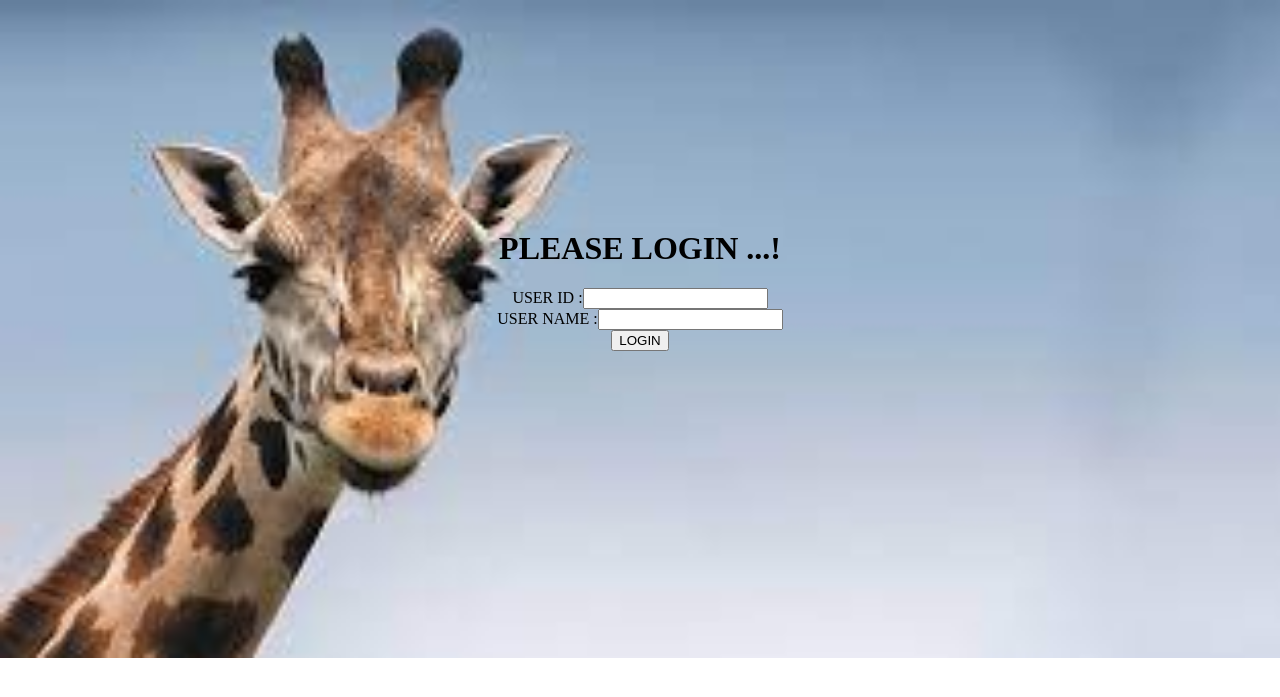
Repository: Thaneshwara848/E-Y
Page: Jdbc-Servlet-Jsp/Webemo5/src/main/webapp/LoginPage.html
An editor plug-in stored every save of this project. The page is shown before and after the next save, followed by the edit.
The browser window is 1280 px wide. The pictures show the whole page.

Above is the page before, as saved 2023-05-22 06:39:34.

### Jdbc-Servlet-Jsp/Webemo5/src/main/webapp/LoginPage.html
<!DOCTYPE html>
<html>
<head>
<meta charset="UTF-8">
<title>Insert title here</title>
<style type="text/css">
	body{
	background-image: url("ey.jpg");
	background-repeat: no-repeat;
	background-size: cover;

	}
</style>
</head>
<body >
<div style="text-align: center;margin-top: 230px">

	<form action="Login" method="POST">
	<h1> PLEASE LOGIN ...!</h1>
		USER ID :<input type="text" name="uname"><br>
		USER NAME :<input type="text" name="upass"><br>

		<input type="submit" value="LOGIN">
	</form>

</div>

</body>
</html>

After the next save:
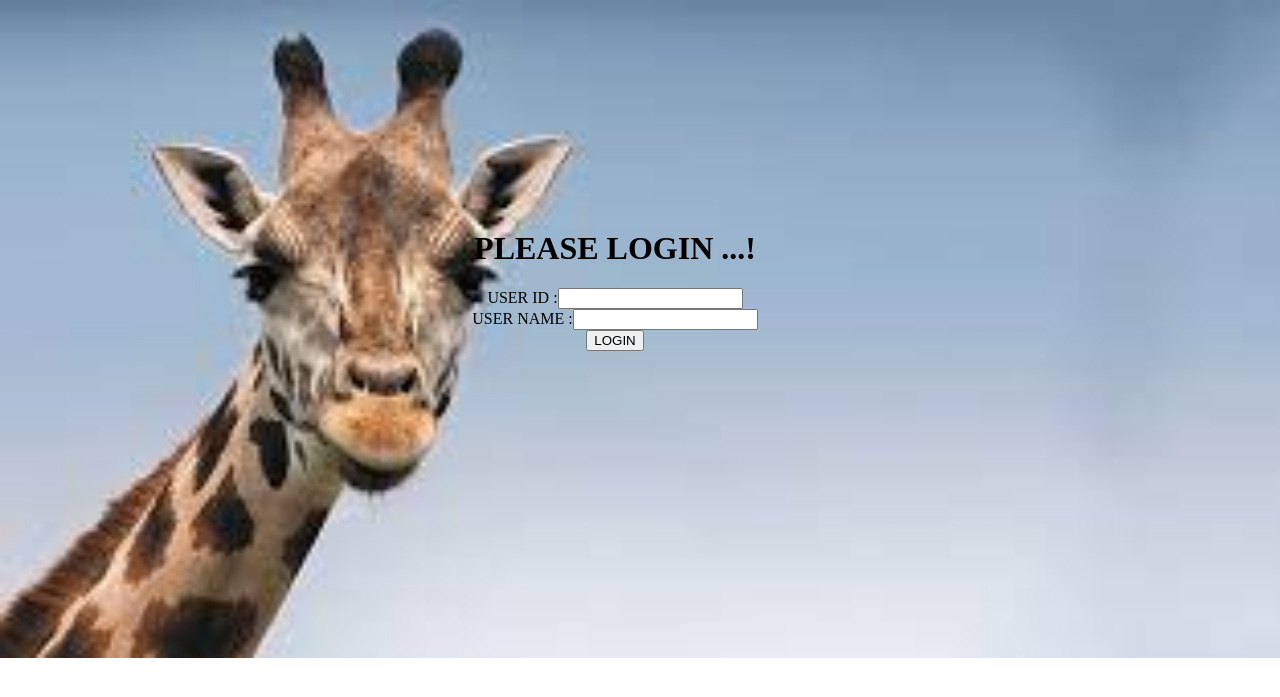
Saved 19 s later.
--- a/Jdbc-Servlet-Jsp/Webemo5/src/main/webapp/LoginPage.html
+++ b/Jdbc-Servlet-Jsp/Webemo5/src/main/webapp/LoginPage.html
@@ -13,7 +13,7 @@
 </style>
 </head>
 <body >
-<div style="text-align: center;margin-top: 230px">
+<div style="text-align: center;margin-top: 230px;margin-right: 50px">
 
 	<form action="Login" method="POST">
 	<h1> PLEASE LOGIN ...!</h1>
